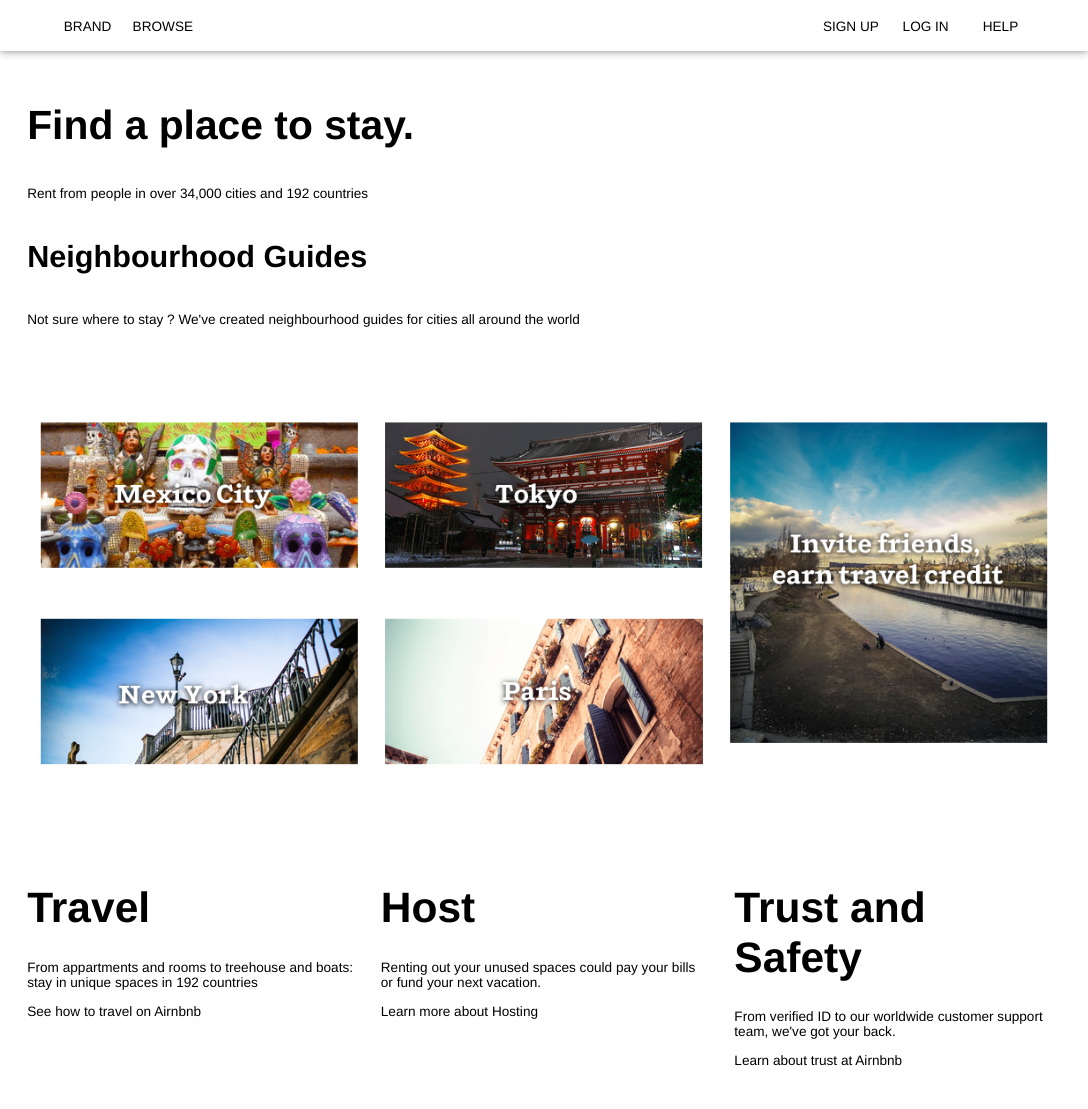
Repository: Naohonproject/web101x02-asm3
Page: Project3.html
The author's editor kept a copy of each file at every save. The page is drawn from the files as they stood at one save, then again after the next save.
The browser window is 1280 px wide. The pictures show the whole page, at 85% of full size.

Above is the page before, as saved 2022-01-22 14:56:59.

### Project3.html
<!-- @format -->

<!DOCTYPE html>
<html lang="en">
	<head>
		<meta charset="UTF-8" />
		<meta http-equiv="X-UA-Compatible" content="IE=edge" />
		<meta name="viewport" content="width=device-width, initial-scale=1.0" />
		<link rel="stylesheet" href="./assets/css/style.css" />

		<link rel="stylesheet" href="./assets/css/layout.css" />
		<link rel="stylesheet" href="./assets/css/responsive.css" />
		<title>Home</title>
	</head>
	<body>
		<header id="header">
			<div class="header-wrapper">
				<div class="nav-bar">
					<div class="left-col">
						<div class="nav-item ml">
							<a href="#">Brand</a>
						</div>

						<div class="nav-item ml">
							<a href="#">Browse</a>
						</div>
					</div>

					<div class="right-col">
						<div class="nav-item ml">
							<a href="Signup.html" target="_blank">Sign Up</a>
						</div>

						<div class="nav-item ml">
							<a href="login.html" target="_blank">Log In</a>
						</div>

						<div class="nav-item ml mr">
							<a href="#" target="_blank">Help</a>
						</div>
					</div>
				</div>
			</div>
		</header>

		<div id="main" class="p-32">
			<div id="banner">
				<div class="banner-wrapper">
					<div class="content-heading">
						<h1>Find a place to stay.</h1>
					</div>
					<div class="content-desc">
						<p>Rent from people in over 34,000 cities and 192 countries</p>
					</div>
				</div>
			</div>

			<div id="section">
				<div class="section-wrapper">
					<div class="section-heading">
						<h2>Neighbourhood Guides</h2>
					</div>
					<div class="section-desc">
						<p>
							Not sure where to stay ? We've created neighbourhood guides for
							cities all around the world
						</p>
					</div>
				</div>
			</div>

			<div id="img-list">
				<div class="img-list-wrapper row">
					<div class="image-block col-tablet-6 col-desktop-4">
						<img
							class="first-img"
							src="./assets/img/web101x-Mexico City.png"
							alt="Mexico City"
							width="360"
						/>
						<img
							src="./assets/img/web101x-New York.png"
							alt="New York City"
							width="360"
						/>
					</div>
					<div class="image-block col-tablet-6 col-desktop-4">
						<img
							class="first-img"
							src="./assets/img/web101x-Tokyo.png"
							alt="Tokyo City"
							width="360"
						/>
						<img
							src="./assets/img/web101x-Paris.png"
							alt="Paris City"
							width="360"
						/>
					</div>
					<div class="image-block col-tablet-6 col-desktop-4">
						<img
							src="./assets/img/web101x-Invitation.png"
							alt="Invitation image"
							width="360"
						/>
					</div>
				</div>
				<div class="clear"></div>
			</div>
		</div>

		<footer id="footer" class="p-32">
			<div class="footer-wrapper row">
				<div class="footer-block col-desktop-4">
					<h3 class="bold-text">Travel</h3>
					<p>
						From appartments and rooms to treehouse and boats: stay in unique
						spaces in 192 countries
					</p>
					<a href="#">See how to travel on Airnbnb</a>
				</div>

				<div class="footer-block col-desktop-4">
					<h3 class="bold-text">Host</h3>
					<p>
						Renting out your unused spaces could pay your bills or fund your
						next vacation.
					</p>
					<a href="#">Learn more about Hosting</a>
				</div>

				<div class="footer-block col-desktop-4">
					<h3 class="bold-text">Trust and Safety</h3>
					<p>
						From verified ID to our worldwide customer support team, we've got
						your back.
					</p>
					<a href="#">Learn about trust at Airnbnb</a>
				</div>
				<div class="clear"></div>
			</div>
		</footer>
	</body>
</html>

### assets/css/style.css
/**
 * /* ======reset css======
 *
 * @format
 */

*,
::before,
::after {
	padding: 0;
	margin: 0;
	box-sizing: border-box;
	list-style-type: none;
	text-decoration: none;
	color: #000;
}

html {
	font-family: "Helvetica Neue", Helvetica, Arial;
}

.header-wrapper {
	font-size: 16px;
}

.nav-bar a {
	color: #fff;
	text-transform: uppercase;
}

### assets/css/layout.css
/** @format */
.ml {
	margin-left: 10px;
}

.mr {
	margin-right: 10px;
}

.row {
	display: flex;
	flex-direction: row;
	flex-wrap: wrap;
}

.bold-text {
	font-size: 50px;
}

.row > * {
	width: 100%;
	max-width: 100%;
	flex-shrink: 0;
}

.col-1 {
	width: 8.33%;
}
.col-2 {
	width: 16.66%;
}
.col-3 {
	width: 25%;
}
.col-4 {
	width: 33.33%;
}
.col-5 {
	width: 41.66%;
}
.col-6 {
	width: 50%;
}
.col-7 {
	width: 58.33%;
}
.col-8 {
	width: 66.66%;
}
.col-9 {
	width: 75%;
}
.col-10 {
	width: 83.33%;
}
.col-11 {
	width: 91.66%;
}
.col-12 {
	width: 100%;
}

#header {
	width: 100vw;
	height: 60px;
	background-color: #60646d;
	background-clip: border-box;
	position: fixed;
	left: 0;
	top: 0;
	z-index: 1;
}

.nav-bar {
	display: flex;
	flex-direction: row;
	flex-wrap: no-wrap;
	align-items: center;
	justify-content: space-evenly;
	padding: 0 20px;
}

.nav-item {
	width: 70px;
	height: 60px;
	padding: 22px 0;
	text-align: center;
}

.left-col {
	display: flex;
	flex: 2;
	flex-direction: row;
	justify-content: space-around;
	align-items: center;
}

.right-col {
	display: flex;
	flex: 3;
	flex-direction: row;
	justify-content: space-around;
	align-items: center;
}

#main {
	margin-top: 60px;
}

#main,
#footer {
	padding: 32px;
}

#banner {
	width: 100%;
	background-color: #fff;
	color: #000;
	position: relative;
	top: 0;
	left: 0;
}

div[class*="-heading"] {
	padding: 28px 0;
	font-size: 24px;
}

div[class*="-desc"] {
	padding: 16px 0;
}

#img-list {
	width: 100%;
}

#img-list .img-list-wrapper {
	padding: 24px 0;
	margin: 0 auto;
}

#img-list img {
	width: 100%;
	margin-top: 56px;
}

.footer-block {
	padding: 24px 0;
}

.footer-block > * {
	padding: 16px 0;
}

### assets/css/responsive.css
/** @format */

/* ========responsive for tablet */

@media screen and (min-width: 768px) {
	#header {
		background-color: #87766c;
	}

	.nav-bar {
		padding: 0 28px;
	}

	.left-col {
		justify-content: flex-start;
	}

	.right-col {
		justify-content: flex-end;
	}

	.ml {
		margin-left: 14px;
	}

	.mr {
		margin-right: 14px;
	}

	.col-tablet-1 {
		width: 8.33%;
	}
	.col-tablet-2 {
		width: 16.66%;
	}
	.col-tablet-3 {
		width: 25%;
	}
	.col-tablet-4 {
		width: 33.33%;
	}
	.col-tablet-5 {
		width: 41.66%;
	}
	.col-tablet-6 {
		width: 50%;
	}
	.col-tablet-7 {
		width: 58.33%;
	}
	.col-tablet-8 {
		width: 66.66%;
	}
	.col-tablet-9 {
		width: 75%;
	}
	.col-tablet-10 {
		width: 83.33%;
	}
	.col-tablet-11 {
		width: 91.66%;
	}
	.col-tablet-12 {
		width: 100%;
	}
}

/* ========responsive for desktop */

@media screen and (min-width: 992px) {
	#header {
		background-color: #fff;
		box-shadow: 0 0 10px gray;
	}

	.nav-bar {
		padding: 0 50px;
	}

	.left-col {
		justify-content: flex-start;
	}

	.right-col {
		justify-content: flex-end;
	}

	.ml {
		margin-left: 18px;
	}

	.mr {
		margin-right: 18px;
	}

	.nav-bar a {
		color: #000;
	}
	.row {
		margin: 0 -16px;
	}

	.col-desktop-1 {
		width: 8.33%;
	}
	.col-desktop-2 {
		width: 16.66%;
	}
	.col-desktop-3 {
		width: 25%;
	}
	.col-desktop-4 {
		width: 33.33%;
		padding: 16px;
	}
	.col-desktop-5 {
		width: 41.66%;
	}
	.col-desktop-6 {
		width: 50%;
	}
	.col-desktop-7 {
		width: 58.33%;
	}
	.col-desktop-8 {
		width: 66.66%;
	}
	.col-desktop-9 {
		width: 75%;
	}
	.col-desktop-10 {
		width: 83.33%;
	}
	.col-desktop-11 {
		width: 91.66%;
	}
	.col-desktop-12 {
		width: 100%;
	}
}

After the next save:
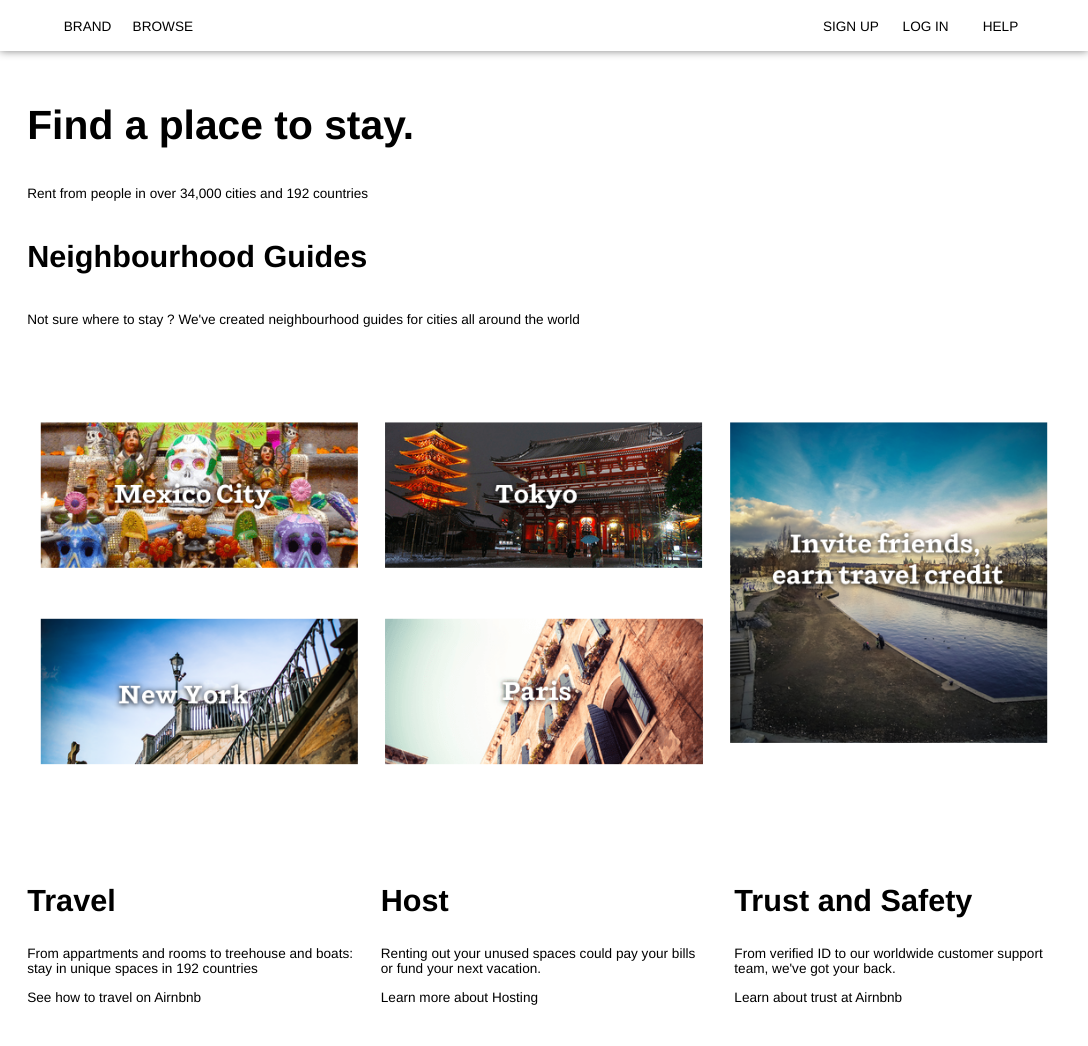
Saved 7 s later.
--- a/assets/css/layout.css
+++ b/assets/css/layout.css
@@ -14,7 +14,7 @@
 }
 
 .bold-text {
-	font-size: 50px;
+	font-size: 36px;
 }
 
 .row > * {
